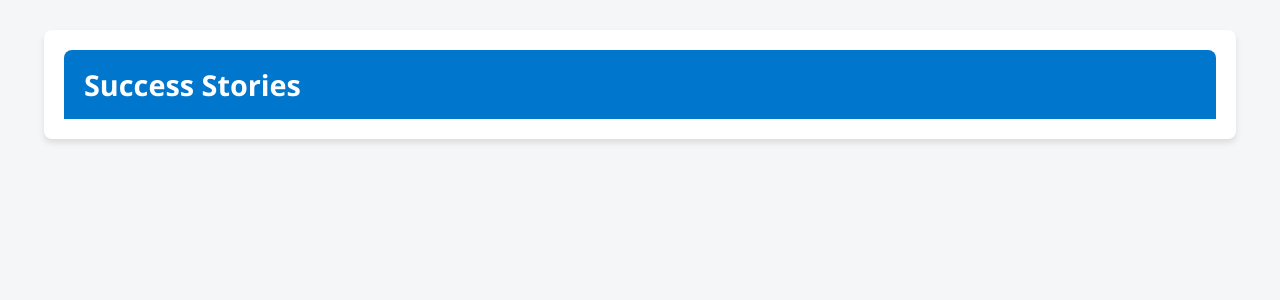
Repository: omas1st/stories
Page: http://localhost/stories/
These files come from the project's save history. The page is drawn as it stood at one moment and after the next save; the edit follows.
The browser window is 1280 px wide. The pictures show the whole page.
The page is served by the project's Node server (server.js). Other server files are loaded and not shown. Queries for data that is not in the repository find no rows.

Above is the page before, as saved 2025-04-06 15:38:51.

### views/stories.ejs
<!DOCTYPE html>
<html>
<head>
  <meta charset="UTF-8">
  <title>Success Stories</title>
  <link rel="stylesheet" href="/css/styles.css">
</head>
<body>
  <div class="container">
    <header>
      <h1>Success Stories</h1>
    </header>
    <% stories.forEach(story => { %>
      <div class="story">
        <img src="/images/<%= story.image %>" alt="<%= story.name %>">
        <div>
          <h2><%= story.name %></h2>
          <p><strong>Email:</strong> <%= story.gmail %></p>
          <p><%= story.successStory %></p>
        </div>
      </div>
    <% }) %>
  </div>
</body>
</html>

### server.js
const express = require('express');
const mongoose = require('mongoose');
const dotenv = require('dotenv');
const session = require('express-session');

dotenv.config();

const app = express();

// Set EJS as the view engine
app.set('view engine', 'ejs');
app.use(express.static('public'));

// Body parsing middleware
app.use(express.urlencoded({ extended: true }));
app.use(express.json());

// Session middleware
app.use(session({
  secret: process.env.SECRET_KEY,
  resave: false,
  saveUninitialized: false
}));

// Connect to MongoDB
mongoose.connect(process.env.MONGO_URI, {
  useNewUrlParser: true,
  useUnifiedTopology: true
})
  .then(() => console.log('Connected to MongoDB'))
  .catch(err => console.error('MongoDB connection error:', err));

// Regular routes
const storiesRoute = require('./routes/stories');
app.use('/stories', storiesRoute);

// Admin routes
const adminRoute = require('./routes/admin');
app.use('/admin', adminRoute);

const PORT = process.env.PORT || 3000;
app.listen(PORT, () => console.log(`Server started on port ${PORT}`));

### routes/stories.js
const express = require('express');
const router = express.Router();
const Story = require('../models/story');

// GET route to display success stories
router.get('/', async (req, res) => {
  try {
    const stories = await Story.find().limit(50); // retrieve 50 stories
    res.render('stories', { stories });
  } catch (err) {
    console.error(err);
    res.status(500).send('Server error');
  }
});

module.exports = router;

### public/css/styles.css
/* Global Styles */
body {
    font-family: 'Segoe UI', Tahoma, Geneva, Verdana, sans-serif;
    background-color: #f4f6f8;
    margin: 0;
    padding: 0;
    color: #333;
  }

  .container {
    width: 90%;
    max-width: 1200px;
    margin: 30px auto;
    padding: 20px;
    background: #fff;
    border-radius: 8px;
    box-shadow: 0 4px 6px rgba(0,0,0,0.1);
  }

  /* Header */
  header {
    background-color: #0077cc;
    color: #fff;
    padding: 15px 20px;
    border-radius: 8px 8px 0 0;
  }

  header h1 {
    margin: 0;
    font-size: 1.8rem;
  }

  /* Success Stories Page */
  .story {
    display: flex;
    align-items: flex-start;
    margin-bottom: 20px;
    border-bottom: 1px solid #e0e0e0;
    padding-bottom: 20px;
  }

  .story img {
    width: 100px;
    height: 100px;
    object-fit: cover;
    border-radius: 50%;
    margin-right: 20px;
    border: 3px solid #0077cc;
  }

  .story h2 {
    margin: 0 0 5px;
    color: #0077cc;
  }

  .story p {
    line-height: 1.5;
  }

  /* Admin Panel Styles */
  .admin-header {
    background-color: #343a40;
    color: #fff;
    padding: 15px;
    border-radius: 8px 8px 0 0;
    display: flex;
    justify-content: space-between;
    align-items: center;
  }

  .admin-header a {
    color: #fff;
    text-decoration: none;
    margin-left: 15px;
  }

  .admin-container {
    padding: 20px;
  }

  .admin-form {
    max-width: 600px;
    margin: 0 auto;
  }

  .admin-form label {
    display: block;
    margin-top: 15px;
    font-weight: bold;
  }

  .admin-form input,
  .admin-form textarea {
    width: 100%;
    padding: 10px;
    margin-top: 5px;
    border: 1px solid #ccc;
    border-radius: 4px;
  }

  .admin-form button {
    margin-top: 20px;
    padding: 10px 20px;
    background-color: #0077cc;
    color: #fff;
    border: none;
    border-radius: 4px;
    cursor: pointer;
  }

  .admin-form button:hover {
    background-color: #005fa3;
  }

  /* Admin Dashboard List */
  .dashboard-list {
    list-style: none;
    padding: 0;
  }

  .dashboard-list li {
    background: #f9f9f9;
    margin-bottom: 10px;
    padding: 15px;
    border-radius: 4px;
    display: flex;
    justify-content: space-between;
    align-items: center;
  }

  .dashboard-list li a {
    text-decoration: none;
    color: #0077cc;
    margin-left: 10px;
  }

  .dashboard-list li a:hover {
    text-decoration: underline;
  }

  /* Form Errors */
  .error {
    color: red;
    font-weight: bold;
  }

After the next save:
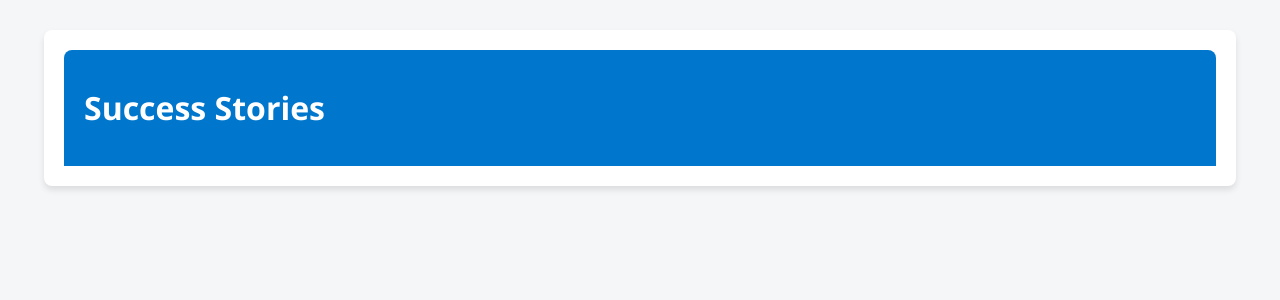
Saved 97 s later.
--- a/public/css/styles.css
+++ b/public/css/styles.css
@@ -1,3 +1,5 @@
+/* public/css/styles.css */
+
 /* Global Styles */
 body {
     font-family: 'Segoe UI', Tahoma, Geneva, Verdana, sans-serif;
@@ -17,63 +19,29 @@ body {
     box-shadow: 0 4px 6px rgba(0,0,0,0.1);
   }
 
-  /* Header */
-  header {
+  /* Header Styles */
+  header, .admin-header {
     background-color: #0077cc;
     color: #fff;
     padding: 15px 20px;
     border-radius: 8px 8px 0 0;
   }
 
-  header h1 {
-    margin: 0;
-    font-size: 1.8rem;
+  .admin-header {
+    background-color: #343a40;
   }
 
-  /* Success Stories Page */
-  .story {
-    display: flex;
-    align-items: flex-start;
-    margin-bottom: 20px;
-    border-bottom: 1px solid #e0e0e0;
-    padding-bottom: 20px;
-  }
-
-  .story img {
-    width: 100px;
-    height: 100px;
-    object-fit: cover;
-    border-radius: 50%;
-    margin-right: 20px;
-    border: 3px solid #0077cc;
-  }
-
-  .story h2 {
-    margin: 0 0 5px;
+  /* Global Link Styles */
+  a {
+    text-decoration: none;
     color: #0077cc;
   }
 
-  .story p {
-    line-height: 1.5;
+  a:hover {
+    text-decoration: underline;
   }
 
-  /* Admin Panel Styles */
-  .admin-header {
-    background-color: #343a40;
-    color: #fff;
-    padding: 15px;
-    border-radius: 8px 8px 0 0;
-    display: flex;
-    justify-content: space-between;
-    align-items: center;
-  }
-
-  .admin-header a {
-    color: #fff;
-    text-decoration: none;
-    margin-left: 15px;
-  }
-
+  /* Admin Panel */
   .admin-container {
     padding: 20px;
   }
@@ -129,17 +97,6 @@ body {
   }
 
   .dashboard-list li a {
-    text-decoration: none;
     color: #0077cc;
     margin-left: 10px;
   }
-
-  .dashboard-list li a:hover {
-    text-decoration: underline;
-  }
-
-  /* Form Errors */
-  .error {
-    color: red;
-    font-weight: bold;
-  }
